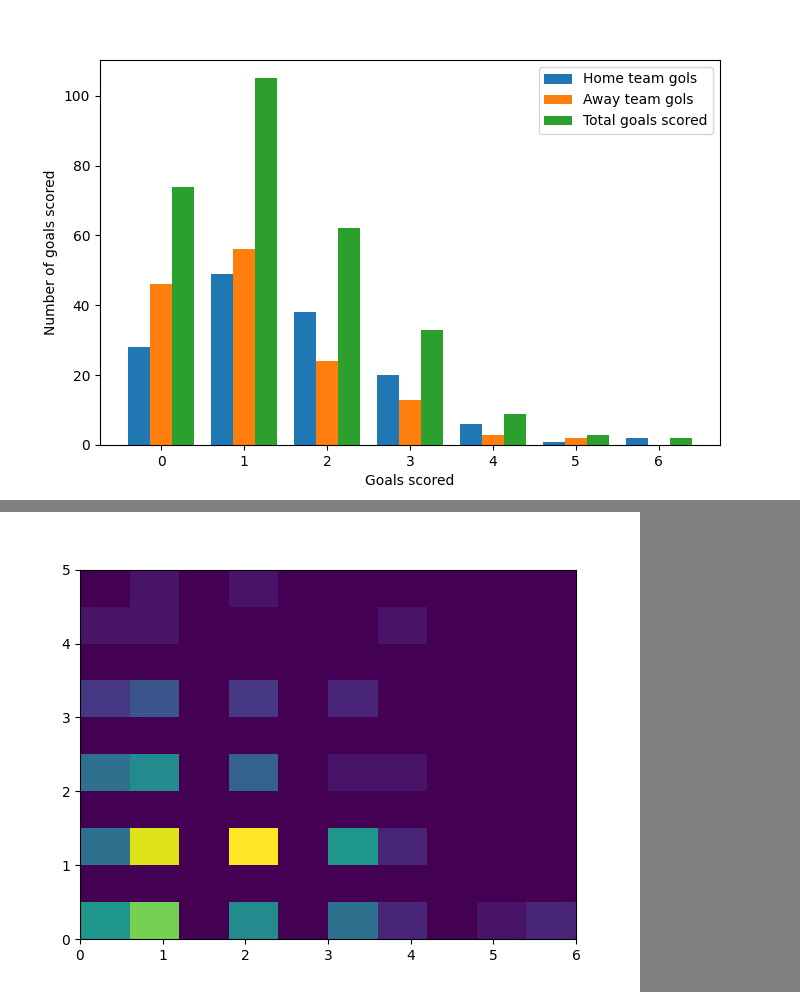
Repository: nelsonalexandrino/python_matplotlib_datavisualization_
Script's output: python Histograms.py
These files come from the project's save history. The script's output is drawn as it stood at one moment and after the next save; the edit follows.
Each picture stacks the figures in order, with grey between them; figures that are only written to a file come last. Random numbers start from a fixed seed.

Above is the script's output before, as saved 2019-08-25 12:54:04.

### Histograms.py
import matplotlib.pyplot as pyplot

with open('Goals.txt', 'r') as file:
    HomeTeamGoals = [int(x) for x in file.readline().strip(
        '\n').strip(' ').split(' ')]
    AwayTeamGoals = [int(x) for x in file.readline().strip(
        '\n').strip(' ').split(' ')]

total_goals = HomeTeamGoals + AwayTeamGoals
pyplot.figure(figsize=(8, 5))
pyplot.hist(x=(HomeTeamGoals, AwayTeamGoals, total_goals), bins=range(8),
            label=['Home team gols', 'Away team gols', 'Total goals scored'], align='left')
pyplot.legend()
pyplot.xlabel('Goals scored')
pyplot.ylabel('Number of goals scored')
pyplot.show()


pyplot.hist2d(x=HomeTeamGoals, y=AwayTeamGoals)
pyplot.figure(figsize=(8, 5))
pyplot.show()

### Goals.txt
6 0 2 1 2 1 2 2 2 0 1 3 0 3 1 0 4 1 3 3 6 2 0 0 4 1 2 1 1 0 1 3 0 1 1 1 3 1 3 0 2 2 2 1 2 2 1 2 1 2 1 2 4 0 1 1 2 2 2 0 2 2 0 0 2 3 2 2 3 0 3 3 0 1 0 0 2 1 1 3 1 3 1 1 0 2 0 3 3 3 2 0 0 1 4 1 0 2 1 1 2 2 0 2 1 1 2 3 1 4 4 1 2 2 2 1 0 0 5 1 1 1 0 1 1 0 2 1 3 2 1 1 1 0 1 1 3 2 1 3 1 2 1 1
0 2 1 0 0 1 1 1 2 2 0 1 2 1 0 0 4 2 0 1 0 1 4 0 1 3 0 1 0 2 5 0 0 1 3 2 1 0 3 1 3 0 1 1 1 1 1 2 0 0 2 0 0 0 1 1 2 1 1 0 1 1 1 3 0 1 1 1 3 3 1 0 0 3 2 0 0 3 2 0 0 0 1 0 3 5 2 2 1 1 3 0 1 0 2 2 1 2 2 4 1 1 0 2 1 1 1 1 3 1 0 1 1 1 3 1 2 0 0 1 0 0 1 0 0 1 2 0 1 0 1 1 0 1 2 1 0 1 2 0 1 0 1 2

After the next save:
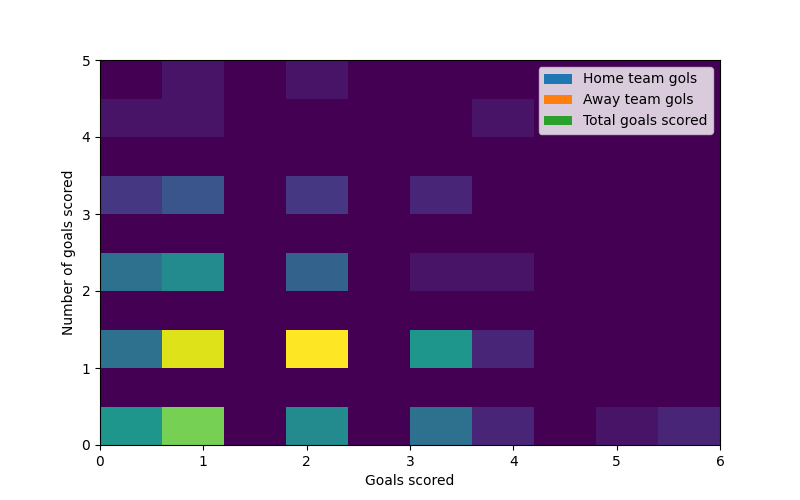
Saved 60 s later.
--- a/Histograms.py
+++ b/Histograms.py
@@ -13,7 +13,6 @@
 pyplot.legend()
 pyplot.xlabel('Goals scored')
 pyplot.ylabel('Number of goals scored')
-pyplot.show()
 
 
 pyplot.hist2d(x=HomeTeamGoals, y=AwayTeamGoals)

After the save that followed:
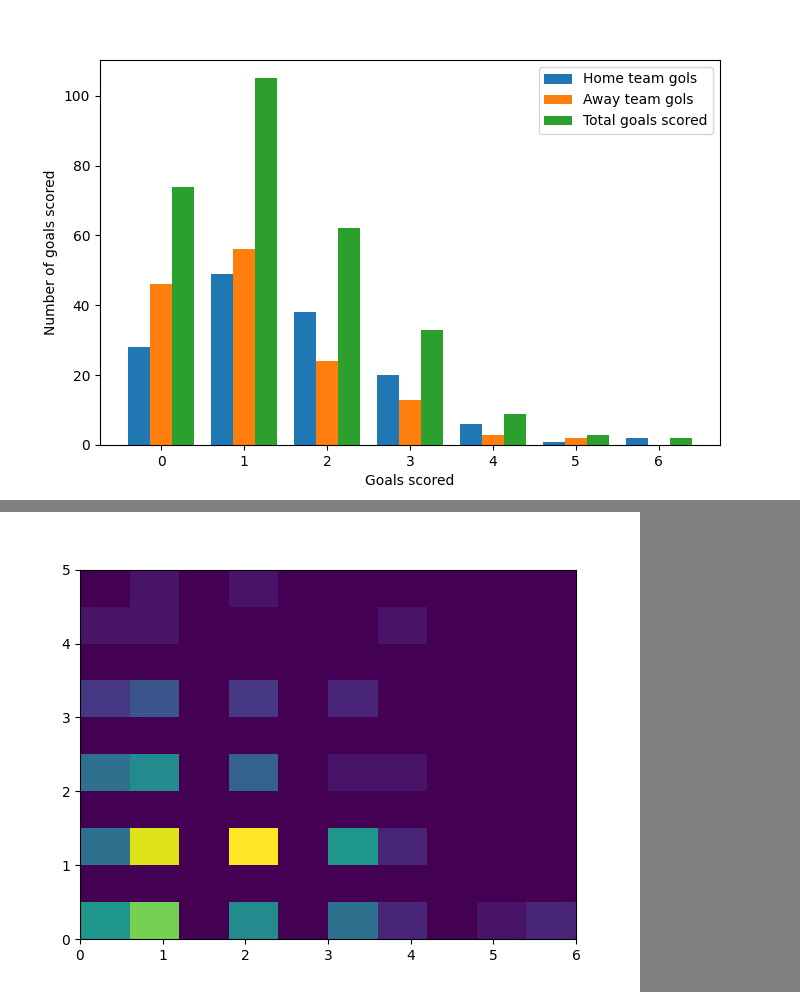
Saved 16 s later.
--- a/Histograms.py
+++ b/Histograms.py
@@ -13,6 +13,7 @@
 pyplot.legend()
 pyplot.xlabel('Goals scored')
 pyplot.ylabel('Number of goals scored')
+pyplot.show()
 
 
 pyplot.hist2d(x=HomeTeamGoals, y=AwayTeamGoals)
